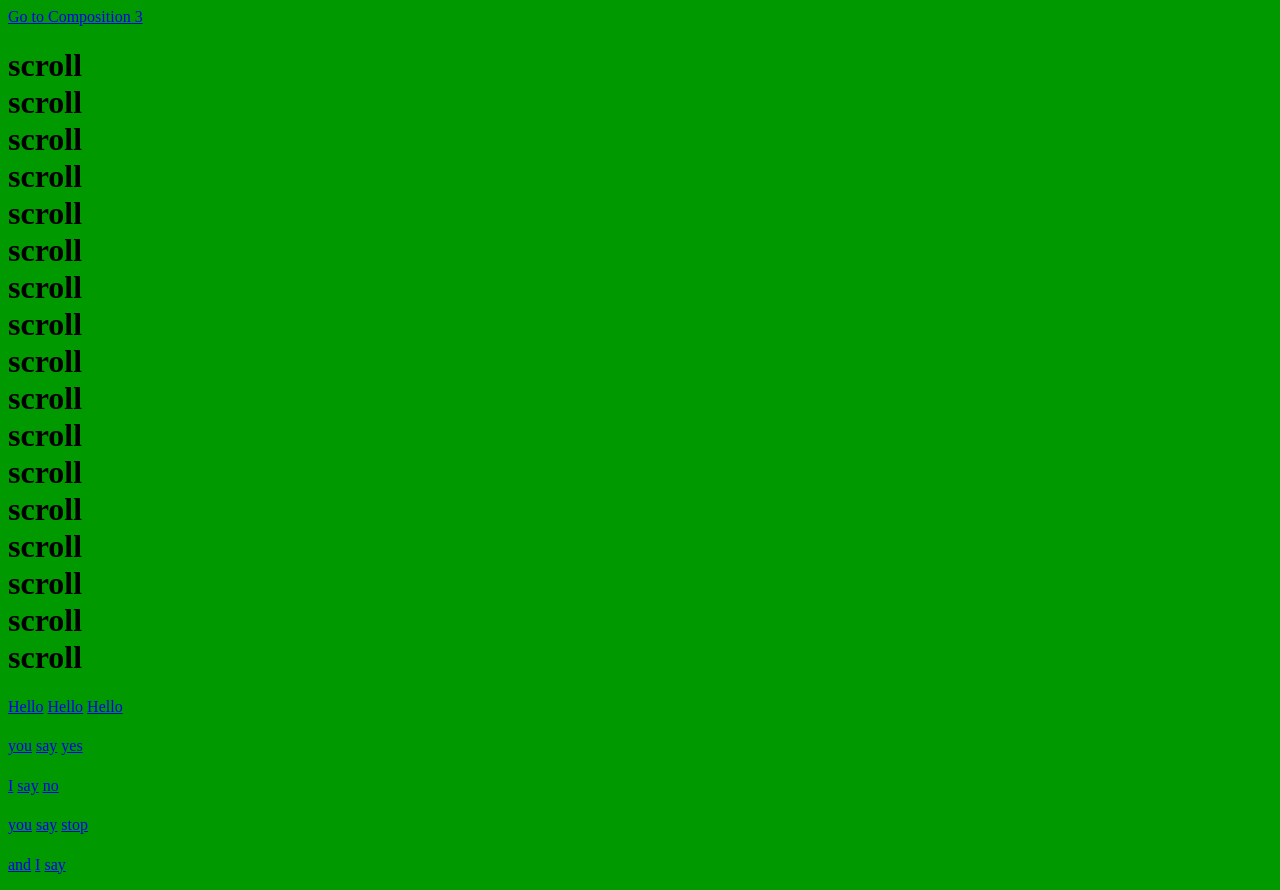
Repository: dominiquedevito/dominiquedevito.github.io
Page: 5compositions/composition2.html
The author's editor kept a record of every edit. The page is drawn from the files as they stood at one moment, then again after the next edit.
The browser window is 1280 px wide. The pictures show the whole page.

Above is the page before.

### 5compositions/composition2.html

<html>
	<head>
		<title>Composition 2</title>
			<link href="2styles.css" rel="stylessheet">
	</head>
	<body>
<body bgcolor="#0099">
	<a href="composition3.html">Go to Composition 3</a>

<h1>scroll<br>
scroll<br>
scroll<br>
scroll<br>
scroll<br>
scroll<br>
scroll<br>
scroll<br>
scroll<br>
scroll<br>
scroll<br>
scroll<br>
scroll<br>
scroll<br>
scroll<br>
scroll<br>
scroll</h1>
</body>
</html>


<style>
</style>
</head>

<body>

<div id="header">
<h1></h1></div>
<div id="nav">
</div>
<div id="section">
<h2></h2><p>
<div id="circle-container"><div class="quarter top-left"></div><div class="quarter top-right"></div><div class="quarter bottom-left"></div><div class="quarter bottom-right"></div></div>
</p>
</div>
<div id="circle-container"><div class="quarter top-left"></div><div class="quarter top-right"></div><div class="quarter bottom-left"></div><div class="quarter bottom-right"></div></div>
</p>
</div>
<div id="circle-container"><div class="quarter top-left"></div><div class="quarter top-right"></div><div class="quarter bottom-left"></div><div class="quarter bottom-right"></div></div>
</p>
</div>
<a href="#" class="menu">Hello</a>
<a href="#" class="menu">Hello</a>
<a href="#" class="menu">Hello</a>
<div class="circle"></div>
<div class="circle"></div>
<div class="circle"></div>
<div id="circle-container"><div class="quarter top-left"></div><div class="quarter top-right"></div><div class="quarter bottom-left"></div><div class="quarter bottom-right"></div></div>
</p>
</div>
<div id="circle-container"><div class="quarter top-left"></div><div class="quarter top-right"></div><div class="quarter bottom-left"></div><div class="quarter bottom-right"></div></div>
</p>
</div>
<div id="circle-container"><div class="quarter top-left"></div><div class="quarter top-right"></div><div class="quarter bottom-left"></div><div class="quarter bottom-right"></div></div>
</p>
<div id="header">
<h1></h1></div>
<div id="nav">
</div>
<div id="section">
<h2></h2><p>
<div id="circle-container"><div class="quarter top-left"></div><div class="quarter top-right"></div><div class="quarter bottom-left"></div><div class="quarter bottom-right"></div></div>
</p>
</div>
<div id="circle-container"><div class="quarter top-left"></div><div class="quarter top-right"></div><div class="quarter bottom-left"></div><div class="quarter bottom-right"></div></div>
</p>
</div>
<div id="circle-container"><div class="quarter top-left"></div><div class="quarter top-right"></div><div class="quarter bottom-left"></div><div class="quarter bottom-right"></div></div>
</p>
</div>
<a href="#" class="menu">you</a>
<a href="#" class="menu">say</a>
<a href="#" class="menu">yes</a>
<div class="circle"></div>
<div class="circle"></div>
<div class="circle"></div>
<div id="circle-container"><div class="quarter top-left"></div><div class="quarter top-right"></div><div class="quarter bottom-left"></div><div class="quarter bottom-right"></div></div>
</p>
</div>
<div id="circle-container"><div class="quarter top-left"></div><div class="quarter top-right"></div><div class="quarter bottom-left"></div><div class="quarter bottom-right"></div></div>
</p>
</div>
<div id="circle-container"><div class="quarter top-left"></div><div class="quarter top-right"></div><div class="quarter bottom-left"></div><div class="quarter bottom-right"></div></div>
</p>
<div id="header">
<h1></h1></div>
<div id="nav">
</div>
<div id="section">
<h2></h2><p>
<div id="circle-container"><div class="quarter top-left"></div><div class="quarter top-right"></div><div class="quarter bottom-left"></div><div class="quarter bottom-right"></div></div>
</p>
</div>
<div id="circle-container"><div class="quarter top-left"></div><div class="quarter top-right"></div><div class="quarter bottom-left"></div><div class="quarter bottom-right"></div></div>
</p>
</div>
<div id="circle-container"><div class="quarter top-left"></div><div class="quarter top-right"></div><div class="quarter bottom-left"></div><div class="quarter bottom-right"></div></div>
</p>
</div>
<a href="#" class="menu">I</a>
<a href="#" class="menu">say</a>
<a href="#" class="menu">no</a>
<div class="circle"></div>
<div class="circle"></div>
<div class="circle"></div>
<div id="circle-container"><div class="quarter top-left"></div><div class="quarter top-right"></div><div class="quarter bottom-left"></div><div class="quarter bottom-right"></div></div>
</p>
</div>
<div id="circle-container"><div class="quarter top-left"></div><div class="quarter top-right"></div><div class="quarter bottom-left"></div><div class="quarter bottom-right"></div></div>
</p>
</div>
<div id="circle-container"><div class="quarter top-left"></div><div class="quarter top-right"></div><div class="quarter bottom-left"></div><div class="quarter bottom-right"></div></div>
</p>
<div id="header">
<h1></h1></div>
<div id="nav">
</div>
<div id="section">
<h2></h2><p>
<div id="circle-container"><div class="quarter top-left"></div><div class="quarter top-right"></div><div class="quarter bottom-left"></div><div class="quarter bottom-right"></div></div>
</p>
</div>
<div id="circle-container"><div class="quarter top-left"></div><div class="quarter top-right"></div><div class="quarter bottom-left"></div><div class="quarter bottom-right"></div></div>
</p>
</div>
<div id="circle-container"><div class="quarter top-left"></div><div class="quarter top-right"></div><div class="quarter bottom-left"></div><div class="quarter bottom-right"></div></div>
</p>
</div>
<a href="#" class="menu">you</a>
<a href="#" class="menu">say</a>
<a href="#" class="menu">stop</a>
<div class="circle"></div>
<div class="circle"></div>
<div class="circle"></div>
<div id="circle-container"><div class="quarter top-left"></div><div class="quarter top-right"></div><div class="quarter bottom-left"></div><div class="quarter bottom-right"></div></div>
</p>
</div>
<div id="circle-container"><div class="quarter top-left"></div><div class="quarter top-right"></div><div class="quarter bottom-left"></div><div class="quarter bottom-right"></div></div>
</p>
</div>
<div id="circle-container"><div class="quarter top-left"></div><div class="quarter top-right"></div><div class="quarter bottom-left"></div><div class="quarter bottom-right"></div></div>
</p>
<div id="header">
<h1></h1></div>
<div id="nav">
</div>
<div id="section">
<h2></h2><p>
<div id="circle-container"><div class="quarter top-left"></div><div class="quarter top-right"></div><div class="quarter bottom-left"></div><div class="quarter bottom-right"></div></div>
</p>
</div>
<div id="circle-container"><div class="quarter top-left"></div><div class="quarter top-right"></div><div class="quarter bottom-left"></div><div class="quarter bottom-right"></div></div>
</p>
</div>
<div id="circle-container"><div class="quarter top-left"></div><div class="quarter top-right"></div><div class="quarter bottom-left"></div><div class="quarter bottom-right"></div></div>
</p>
</div>
<a href="#" class="menu">and</a>
<a href="#" class="menu">I</a>
<a href="#" class="menu">say</a>
<div class="circle"></div>
<div class="circle"></div>
<div class="circle"></div>
<div id="circle-container"><div class="quarter top-left"></div><div class="quarter top-right"></div><div class="quarter bottom-left"></div><div class="quarter bottom-right"></div></div>
</p>
</div>
<div id="circle-container"><div class="quarter top-left"></div><div class="quarter top-right"></div><div class="quarter bottom-left"></div><div class="quarter bottom-right"></div></div>
</p>
</div>
<div id="circle-container"><div class="quarter top-left"></div><div class="quarter top-right"></div><div class="quarter bottom-left"></div><div class="quarter bottom-right"></div></div>
</p>
</div>
</body>
</html>

After the next edit:
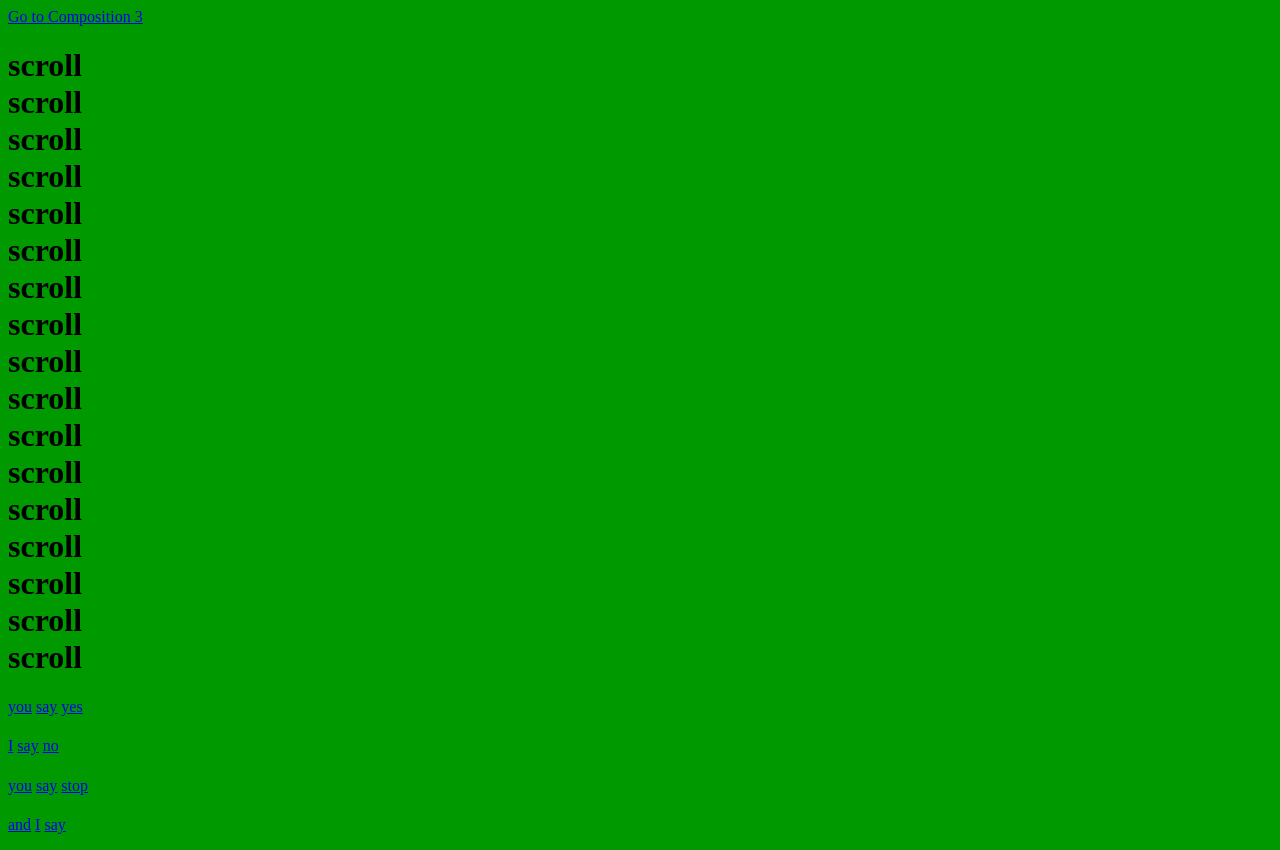
The edit:
--- a/5compositions/composition2.html
+++ b/5compositions/composition2.html
@@ -35,35 +35,7 @@
 
 <body>
 
-<div id="header">
-<h1></h1></div>
-<div id="nav">
-</div>
-<div id="section">
-<h2></h2><p>
-<div id="circle-container"><div class="quarter top-left"></div><div class="quarter top-right"></div><div class="quarter bottom-left"></div><div class="quarter bottom-right"></div></div>
-</p>
-</div>
-<div id="circle-container"><div class="quarter top-left"></div><div class="quarter top-right"></div><div class="quarter bottom-left"></div><div class="quarter bottom-right"></div></div>
-</p>
-</div>
-<div id="circle-container"><div class="quarter top-left"></div><div class="quarter top-right"></div><div class="quarter bottom-left"></div><div class="quarter bottom-right"></div></div>
-</p>
-</div>
-<a href="#" class="menu">Hello</a>
-<a href="#" class="menu">Hello</a>
-<a href="#" class="menu">Hello</a>
-<div class="circle"></div>
-<div class="circle"></div>
-<div class="circle"></div>
-<div id="circle-container"><div class="quarter top-left"></div><div class="quarter top-right"></div><div class="quarter bottom-left"></div><div class="quarter bottom-right"></div></div>
-</p>
-</div>
-<div id="circle-container"><div class="quarter top-left"></div><div class="quarter top-right"></div><div class="quarter bottom-left"></div><div class="quarter bottom-right"></div></div>
-</p>
-</div>
-<div id="circle-container"><div class="quarter top-left"></div><div class="quarter top-right"></div><div class="quarter bottom-left"></div><div class="quarter bottom-right"></div></div>
-</p>
+
 <div id="header">
 <h1></h1></div>
 <div id="nav">
